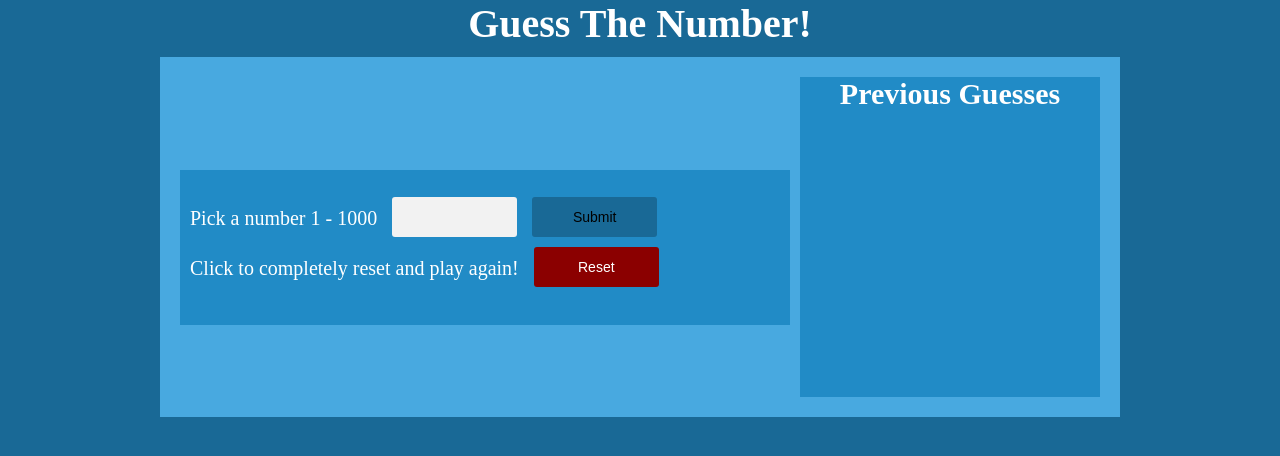
Repository: mlmEFSC21/P14-Guessing-Game
Page: guess.html
An editor plug-in stored every save of this project. The page is shown before and after the next save, followed by the edit.
The browser window is 1280 px wide. The pictures show the whole page.

Above is the page before, as saved 2022-03-19 14:14:01.

After the next save:
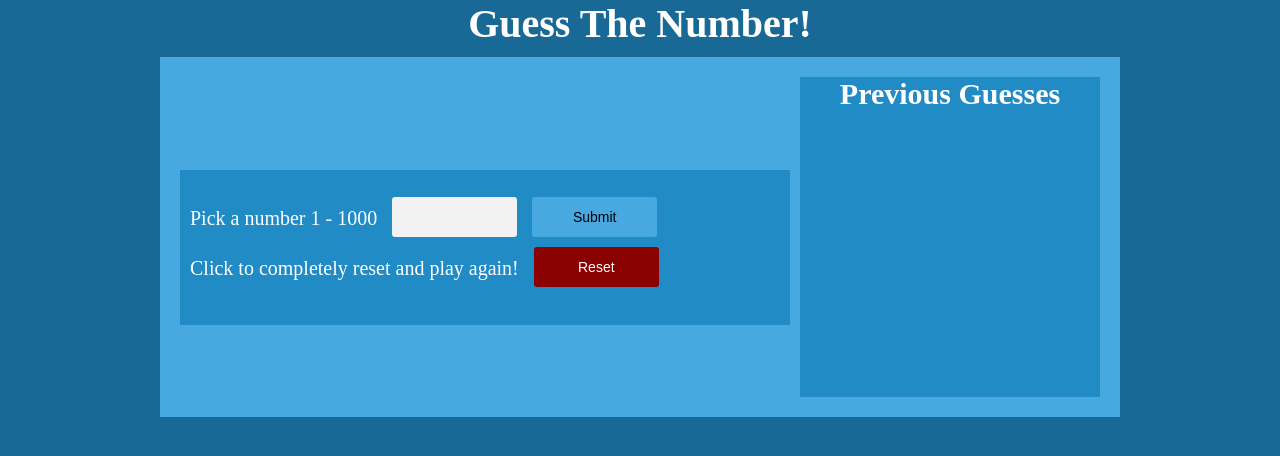
Saved 13 s later.
--- a/guess.css
+++ b/guess.css
@@ -80,7 +80,7 @@ button {
     font-size: 14px;
 }
 .submitBtn {
-    background: var(--clr-tertiary);
+    background: var(--clr-secondary);
     margin-left: 15px;
 }
 .resetBtn {
